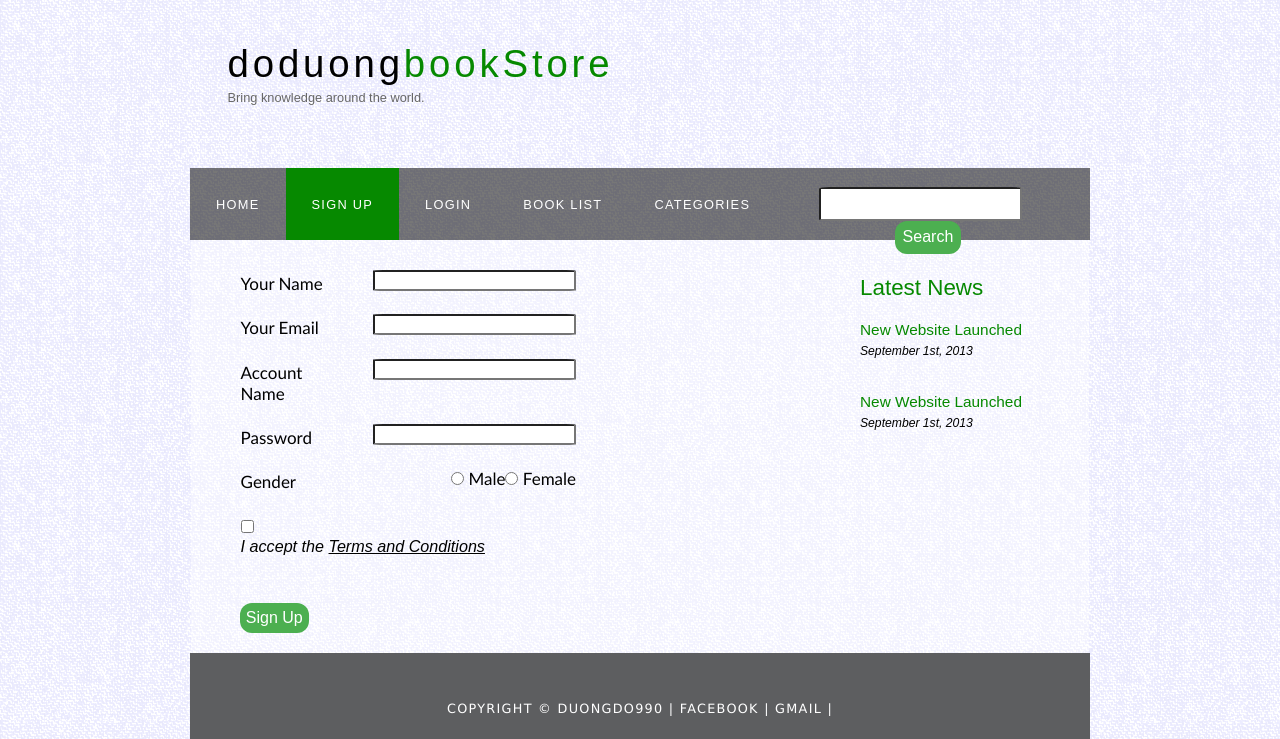
Repository: ngttuyen/JavaWeb
Page: http://localhost/MyWebsite/signup.jsp
An editor plug-in stored every save of this project. The page is shown before and after the next save, followed by the edit.
The browser window is 1280 px wide. The pictures show the whole page.
The page is served by Tomcat 9.

Above is the page before, as saved 2019-06-01 13:00:05.

After the next save:
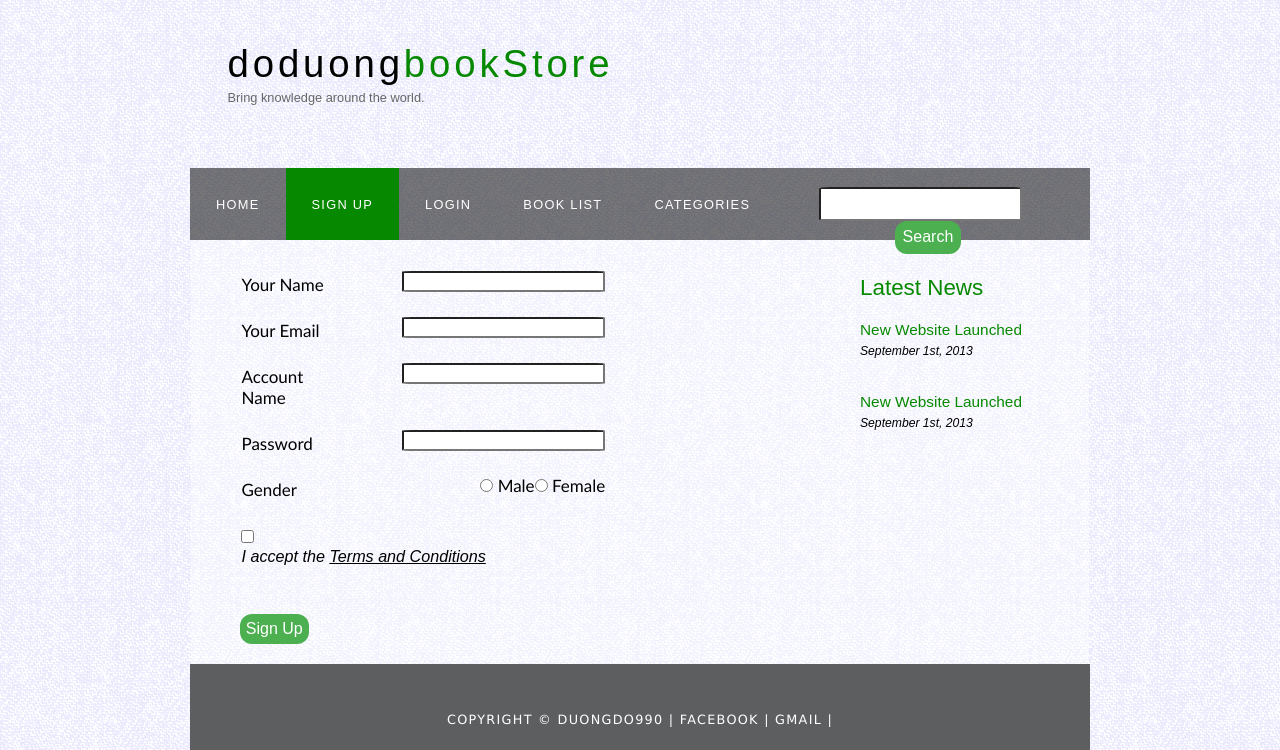
Saved 16 s later.
--- a/MyWebsite/WebContent/styles/style.css
+++ b/MyWebsite/WebContent/styles/style.css
@@ -257,7 +257,7 @@ ul#menu li a:hover, ul#menu li.selected a, ul#menu li.selected a:hover
 	font-weigh: bold;
 }
 table{
-	width: 60%;
+	width: 65%;
 	height: 100%;
 	font-size: 17px;
 	color: black;
